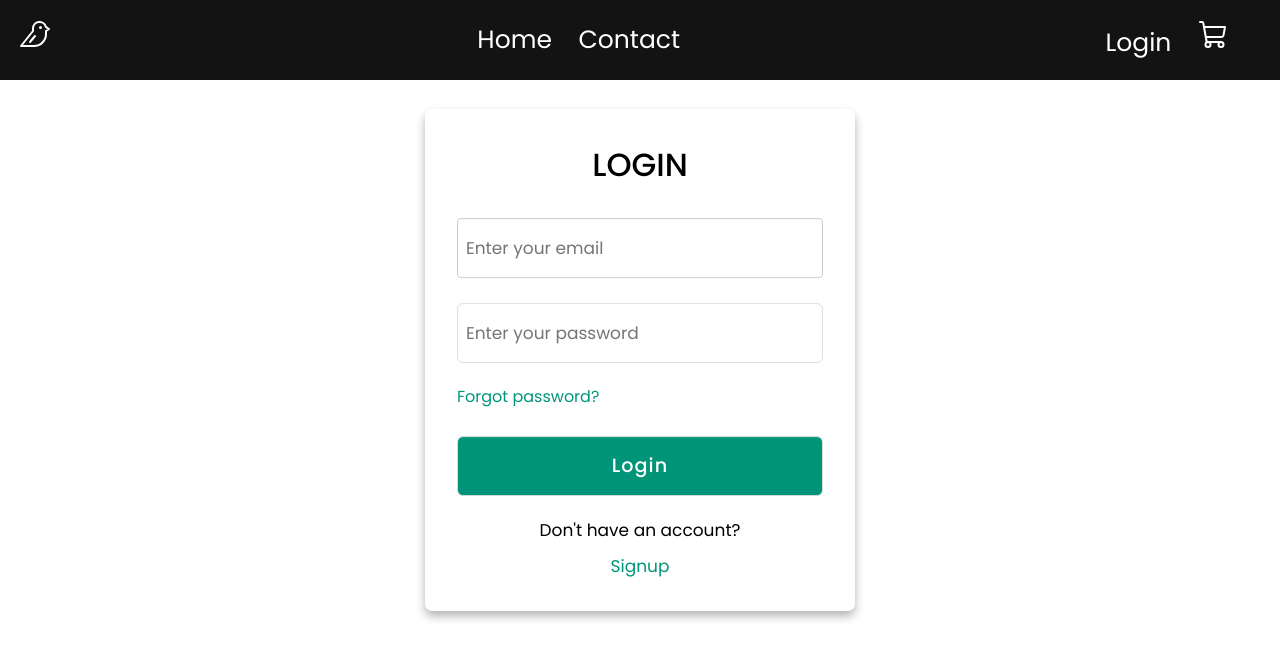
Repository: hoangdanh2/swp301
Page: /register
The author's editor kept a copy of each file at every save. The page is drawn from the files as they stood at one save, then again after the next save.
The browser window is 1280 px wide. The pictures show the whole page.
The project was rebuilt for these pictures with package versions that can differ from the ones it lists, and the page was loaded fresh each time. Also part of the build but not shown: src/pages/shop/product.jsx, src/pages/shop/shop.css, src/pages/shop/shop.jsx, src/pages/contact/contact.jsx, src/pages/cart/cart-item.jsx, src/pages/cart/cart.css, src/pages/cart/cart.jsx.

Above is the page before, as saved 2023-05-29 10:20:26.

After the next save:
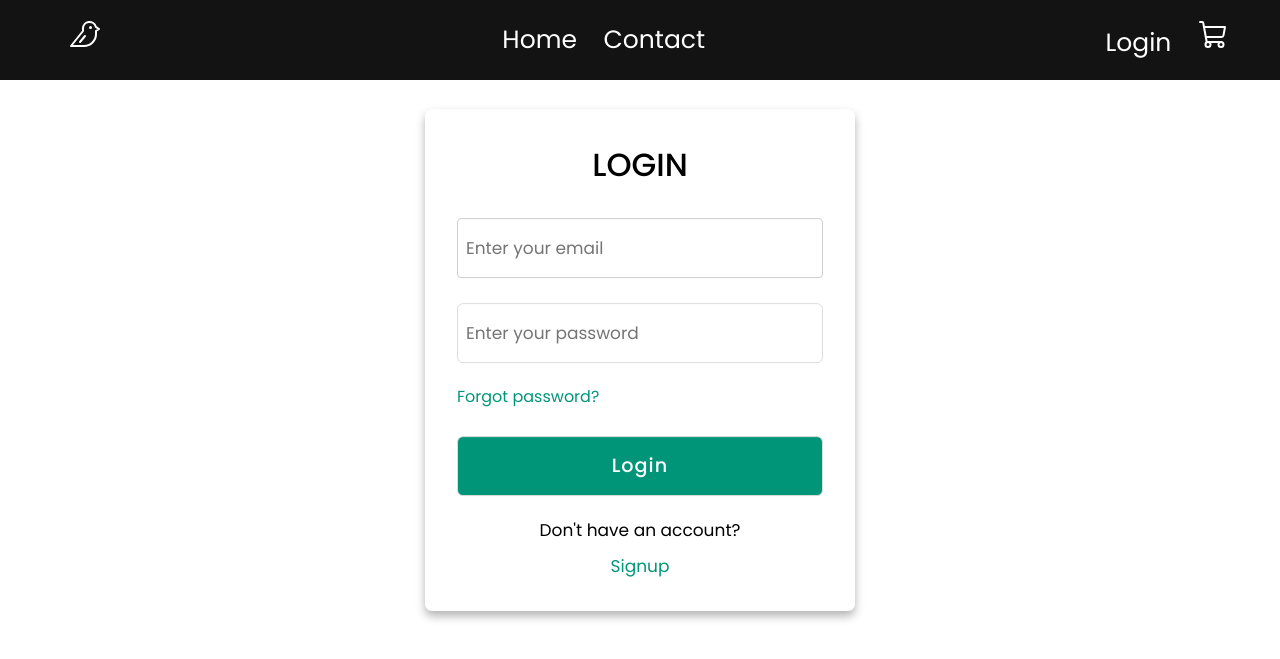
Saved 40 s later.
--- a/src/components/navbar.css
+++ b/src/components/navbar.css
@@ -15,6 +15,10 @@
     width: 100%;
 }
 
+.icon {
+    margin-left: 50px;
+}
+
 .links a {
     text-decoration: none;
     color: white;
